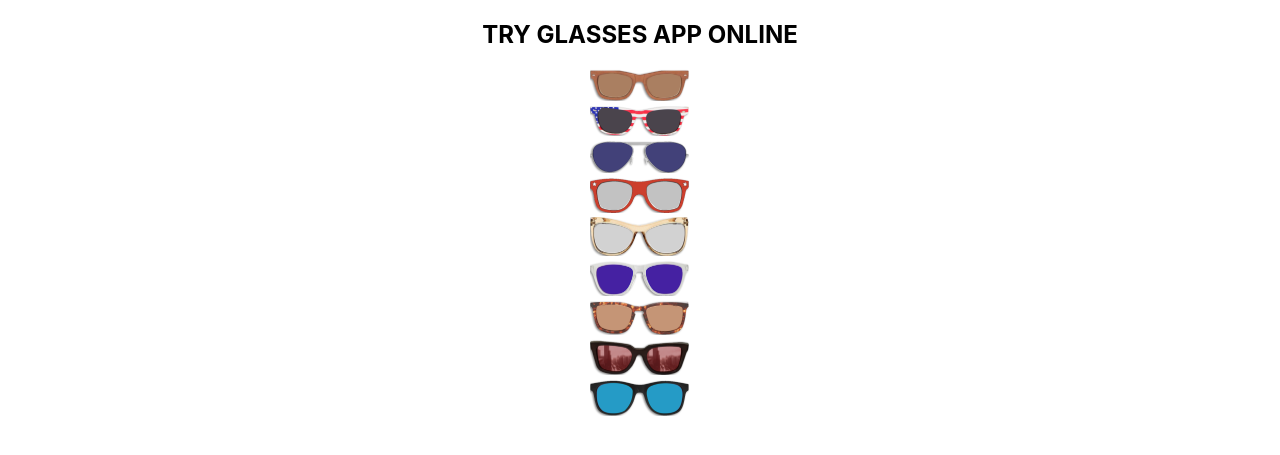
Repository: phongthanhh/ChoseGlass
Page: /
These files come from the project's save history. The page is drawn as it stood at one moment and after a run of saves; the edit follows.
The browser window is 1280 px wide. The pictures show the whole page.
The project was rebuilt for these pictures with package versions that can differ from the ones it lists, and the page was loaded fresh each time.

Above is the page before, as saved 2022-12-25 15:27:38.

### src/App.js
import logo from './logo.svg';
import './App.css';
import BTGlass from './ChoseGlass/BTGlass';

function App() {
  return (
    <div className="App">
      <BTGlass />
    </div>
  );
}

export default App;

### src/ChoseGlass/BTGlass.jsx
import React, { Component } from 'react';

class BTGlass extends Component {

    listGlass = [
        {
            "id": 1,
            "price": 30,
            "name": "GUCCI G8850U",
            "url": "./img/v1.png",
            "desc": "Light pink square lenses define these sunglasses, ending with amother of pearl effect tip. "
        },
        {
            "id": 2,
            "price": 50,
            "name": "GUCCI G8759H",
            "url": "./img/v2.png",
            "desc": "Light pink square lenses define these sunglasses, ending with amother of pearl effect tip. "
        },
        {
            "id": 3,
            "price": 30,
            "name": "DIOR D6700HQ",
            "url": "./img/v3.png",
            "desc": "Light pink square lenses define these sunglasses, ending with amother of pearl effect tip. "
        },
        {
            "id": 4,
            "price": 70,
            "name": "DIOR D6005U",
            "url": "./img/v4.png",
            "desc": "Light pink square lenses define these sunglasses, ending with amother of pearl effect tip. "
        },
        {
            "id": 5,
            "price": 40,
            "name": "PRADA P8750",
            "url": "./img/v5.png",
            "desc": "Light pink square lenses define these sunglasses, ending with amother of pearl effect tip. "
        },
        {
            "id": 6,
            "price": 60,
            "name": "PRADA P9700",
            "url": "./img/v6.png",
            "desc": "Light pink square lenses define these sunglasses, ending with amother of pearl effect tip. "
        },
        {
            "id": 7,
            "price": 80,
            "name": "FENDI F8750",
            "url": "./img/v7.png",
            "desc": "Light pink square lenses define these sunglasses, ending with amother of pearl effect tip. "
        },
        {
            "id": 8,
            "price": 100,
            "name": "FENDI F8500",
            "url": "./img/v8.png",
            "desc": "Light pink square lenses define these sunglasses, ending with amother of pearl effect tip. "
        },
        {
            "id": 9,
            "price": 60,
            "name": "FENDI F4300",
            "url": "./img/v9.png",
            "desc": "Light pink square lenses define these sunglasses, ending with amother of pearl effect tip. "
        }
    ]

    renderListGlass = () => {
        return this.listGlass.map(glass => {
            return (
                <div className="col-2">
                    <img style={{ width: '100px' }} src={glass.url} alt="" />
                </div>
            )
        })
    }


    render() {
        return (
            <div>
                <section className='main'>
                    <h2>TRY GLASSES APP ONLINE</h2>
                    <div className="item">
                        <div className="row">
                            {this.renderListGlass()}
                        </div>
                    </div>
                </section>
            </div>
        );
    }
}

export default BTGlass;

Loaded but not shown: public/index.html (common file); src/index.js (common file); src/index.css (common file); src/reportWebVitals.js (common file); src/App.css (common file)

After the next 3 saves:
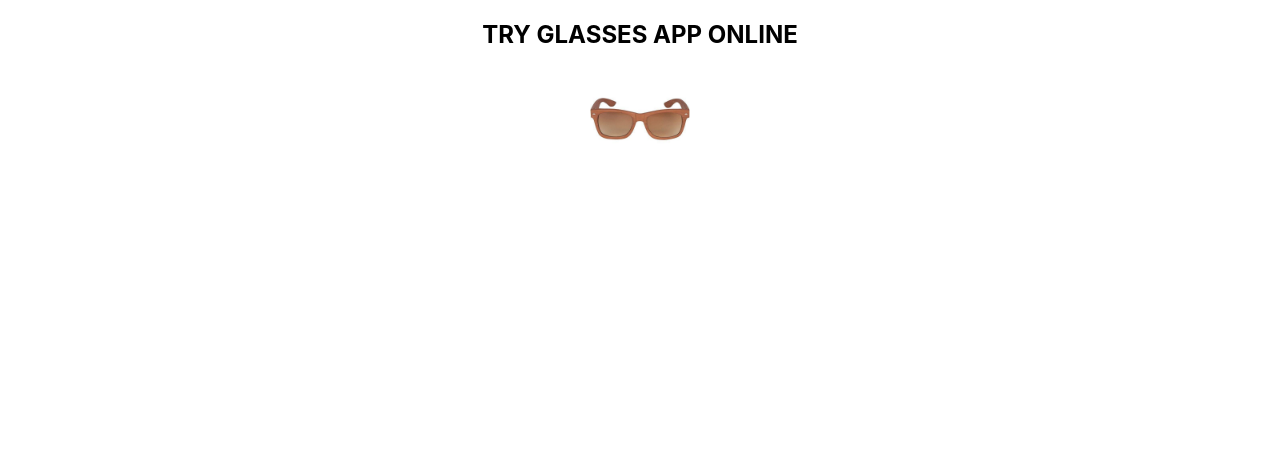
The 3 saves are shown as one change because 2 did not build or start.
The last was saved 81 s later.
--- a/src/ChoseGlass/BTGlass.jsx
+++ b/src/ChoseGlass/BTGlass.jsx
@@ -68,15 +68,15 @@
         }
     ]
 
-    renderListGlass = () => {
-        return this.listGlass.map(glass => {
-            return (
-                <div className="col-2">
-                    <img style={{ width: '100px' }} src={glass.url} alt="" />
-                </div>
-            )
-        })
-    }
+    // renderListGlass = () => {
+    //     return this.listGlass.map(glass => {
+    //         return (
+    //             <div className="col-2">
+    //                 <img style={{ width: '100px' }} src={glass.url} alt="" />
+    //             </div>
+    //         )
+    //     })
+    // }
 
 
     render() {
@@ -86,7 +86,10 @@
                     <h2>TRY GLASSES APP ONLINE</h2>
                     <div className="item">
                         <div className="row">
-                            {this.renderListGlass()}
+                            {/* {this.renderListGlass()} */}
+                            <div className="col-2">
+                                <img style={{ width: '100px' }} src='./img/g1.jpg' alt="" />
+                            </div>
                         </div>
                     </div>
                 </section>
